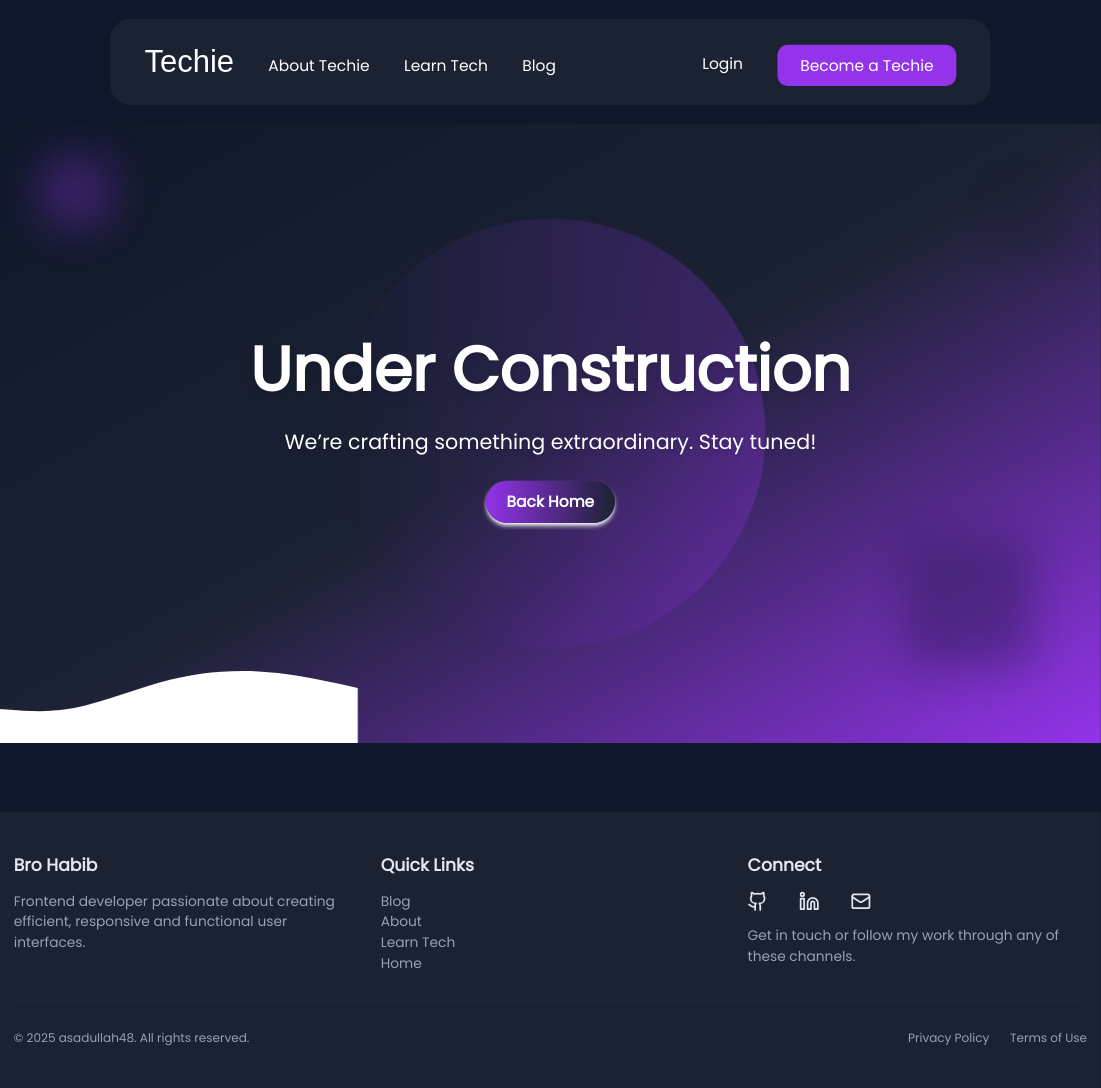
Repository: asadullah48/data-fetch
Page: /learnTech
These files come from the project's save history. The page is drawn as it stood at one moment and after the next save; the edit follows.
The browser window is 1280 px wide. The pictures show the whole page, at 86% of full size.
Some web fonts or font styles are not loaded; a fallback is used. The project was rebuilt for these pictures with package versions that can differ from the ones it lists, and the page was loaded fresh each time. The framework's server and built-in components were replaced by stand-ins that run in the browser. Also part of the build but not shown: next.config.mjs.

Above is the page before, as saved 2025-01-15 13:07:43.

### src/app/layout.tsx
import type { Metadata } from "next";
import localFont from "next/font/local";
import "./globals.css";
import Navbar from "@/components/Navbar";
import { Poppins } from "next/font/google"
import Footer from "@/components/Footer";


const poppins = Poppins({
  subsets: ['latin'],
  weight: '400'
})

const geistSans = localFont({
  src: "./fonts/GeistVF.woff",
  variable: "--font-geist-sans",
  weight: "100 900",
});
const geistMono = localFont({
  src: "./fonts/GeistMonoVF.woff",
  variable: "--font-geist-mono",
  weight: "100 900",
});

export const metadata: Metadata = {
  title: "Data Fetching",
  description: "Data Fetching in a CSR and SSR",
};

export default function RootLayout({
  children,
}: Readonly<{
  children: React.ReactNode;
}>) {
  return (
    <html lang="en">
      <body
        className={`${geistSans.variable} ${geistMono.variable} ${poppins.className} bg-[#0f172a] text-white antialiased overflow-x-hidden`}
      >
        <Navbar />
        {children}
        <Footer/>
      </body>
    </html>
  );
}

### src/app/learnTech/page.tsx
import Link from 'next/link'
import React from 'react'

export default function learnTechPage() {
  return (
    <div className="h-screen flex items-center justify-center bg-gradient-to-br from-[#0f172a] via-[#1b2232] to-[#9333EA] relative overflow-hidden">
            {/* Background Elements */}
            <div className="absolute inset-0 flex justify-center items-center">
                <div className="w-[500px] h-[500px] bg-gradient-to-r from-[#1b2232] to-[#9333EA] rounded-full opacity-20 animate-pulse"></div>
            </div>

            {/* Floating Animated Shapes */}
            <div className="absolute inset-0">
                <div className="absolute top-10 left-10 w-24 h-24 bg-[#9333EA] rounded-full blur-xl opacity-30 animate-float" />
                <div className="absolute bottom-20 right-20 w-36 h-36 bg-[#0f172a] rounded-lg blur-xl opacity-30 animate-float delay-2000" />
                <div className="absolute top-20 right-10 w-20 h-20 bg-[#1b2232] rounded-lg blur-lg opacity-40 animate-float delay-4000" />
            </div>

            {/* Main Content */}
            <div className="text-center relative z-10">
                <h1 className="text-5xl md:text-7xl font-extrabold text-white drop-shadow-lg animate-bounce">
                    Under Construction
                </h1>
                <p className="text-lg md:text-2xl text-white mt-4 drop-shadow-md">
                    We’re crafting something extraordinary. Stay tuned!
                </p>

                {/* CTA Button */}
                <div className="mt-10">
                    <Link
                        href="/"
                        className="px-6 py-3 text-lg font-bold text-white bg-gradient-to-r from-[#9333EA] to-[#1b2232] rounded-full shadow-white shadow-md transform transition hover:scale-105 hover:shadow-2xl focus:outline-none"
                    >
                        Back Home
                    </Link>
                </div>
            </div>

            {/* Animated SVG Waves */}
            <div className="absolute bottom-0 left-0 right-0 overflow-hidden leading-none">
                <svg
                    className="w-full h-32 text-white animate-wave"
                    xmlns="http://www.w3.org/2000/svg"
                    viewBox="0 0 1440 320"
                >
                    <path
                        fill="currentColor"
                        fillOpacity="1"
                        d="M0,288L48,272C96,256,192,224,288,218.7C384,213,480,235,576,224C672,213,768,171,864,144C960,117,1056,107,1152,112C1248,117,1344,139,1392,149.3L1440,160L1440,320L1392,320C1344,320,1248,320,1152,320C1056,320,960,320,864,320C768,320,672,320,576,320C480,320,384,320,288,320C192,320,96,320,48,320L0,320Z"
                    ></path>
                </svg>
            </div>
        </div>
  )
}

### src/app/globals.css
@tailwind base;
@tailwind components;
@tailwind utilities;

body {
  font-family: Arial, Helvetica, sans-serif;
}

@layer utilities {
  .text-balance {
    text-wrap: balance;
  }
}

@layer base {
  :root {
    --background: 0 0% 100%;
    --foreground: 20 14.3% 4.1%;
    --card: 0 0% 100%;
    --card-foreground: 20 14.3% 4.1%;
    --popover: 0 0% 100%;
    --popover-foreground: 20 14.3% 4.1%;
    --primary: 24 9.8% 10%;
    --primary-foreground: 60 9.1% 97.8%;
    --secondary: 60 4.8% 95.9%;
    --secondary-foreground: 24 9.8% 10%;
    --muted: 60 4.8% 95.9%;
    --muted-foreground: 25 5.3% 44.7%;
    --accent: 60 4.8% 95.9%;
    --accent-foreground: 24 9.8% 10%;
    --destructive: 0 84.2% 60.2%;
    --destructive-foreground: 60 9.1% 97.8%;
    --border: 20 5.9% 90%;
    --input: 20 5.9% 90%;
    --ring: 20 14.3% 4.1%;
    --chart-1: 12 76% 61%;
    --chart-2: 173 58% 39%;
    --chart-3: 197 37% 24%;
    --chart-4: 43 74% 66%;
    --chart-5: 27 87% 67%;
    --radius: 0.5rem;
  }
  .dark {
    --background: 20 14.3% 4.1%;
    --foreground: 60 9.1% 97.8%;
    --card: 20 14.3% 4.1%;
    --card-foreground: 60 9.1% 97.8%;
    --popover: 20 14.3% 4.1%;
    --popover-foreground: 60 9.1% 97.8%;
    --primary: 60 9.1% 97.8%;
    --primary-foreground: 24 9.8% 10%;
    --secondary: 12 6.5% 15.1%;
    --secondary-foreground: 60 9.1% 97.8%;
    --muted: 12 6.5% 15.1%;
    --muted-foreground: 24 5.4% 63.9%;
    --accent: 12 6.5% 15.1%;
    --accent-foreground: 60 9.1% 97.8%;
    --destructive: 0 62.8% 30.6%;
    --destructive-foreground: 60 9.1% 97.8%;
    --border: 12 6.5% 15.1%;
    --input: 12 6.5% 15.1%;
    --ring: 24 5.7% 82.9%;
    --chart-1: 220 70% 50%;
    --chart-2: 160 60% 45%;
    --chart-3: 30 80% 55%;
    --chart-4: 280 65% 60%;
    --chart-5: 340 75% 55%;
  }
}

@layer base {
  * {
    @apply border-border;
  }
  body {
    @apply bg-background text-foreground;
  }
}

### src/components/Navbar.tsx
"use client"
import { useState } from 'react';
import { Agbalumo } from "next/font/google"
import Link from "next/link"

const agbalumo = Agbalumo({
    subsets: ['latin'],
    weight: '400'
})


export default function Navbar() {
    const [isMenuOpen, setIsMenuOpen] = useState(false);

    const toggleMenu = () => setIsMenuOpen(!isMenuOpen);

    return (
        <div className="h-[144px] w-screen flex justify-center items-center">
            <div className="h-[100px] w-full relative md:w-[80%] md:rounded-3xl bg-[#1b2232] text-white flex justify-between items-center px-10">
                {/* Logo and Links */}
                <div className="flex justify-center items-center gap-10">
                <Link href={"/"}>
                    <h1 className={`${agbalumo.className} text-4xl`}>Techie</h1>
                </Link>

                    <div className="hidden lg:flex gap-10">
                        <Link href={"/about"} className="text-lg mt-2">About Techie</Link>
                        <Link href={"/learnTech"} className="text-lg mt-2">Learn Tech</Link>
                        <Link href={"/blog"} className="text-lg mt-2">Blog</Link>
                    </div>
                </div>

                {/* Navbar Buttons */}
                <div className="hidden md:flex gap-10">
                    <Link href={"/login"} className="text-lg mt-4">Login</Link>
                    <Link href={"/signup"} className="text-lg mt-2 h-12 bg-PrimaryPurple flex justify-center items-center w-52 rounded-xl">Become a Techie</Link>
                </div>

                {/* Hamburger Menu for Mobile */}
                <div className="lg:hidden flex items-center gap-4">
                    {/* <h1 className="font-bold text-4xl">Techie</h1> */}
                    <button onClick={toggleMenu} className="text-white text-2xl">
                        {/* Hamburger Icon */}
                        {isMenuOpen ? 'X' : '☰'}
                    </button>
                </div>
            </div>

            {/* Dropdown Menu for Mobile */}
            {isMenuOpen && (
                <div className='z-50 h-screen fixed top-1/4 w-full flex justify-center items-center bg-[#1b2232]/70 backdrop-blur-md '>
                <div className=" lg:hidden  text-white  text-center py-4 flex flex-col justify-center items-start gap-5">
                    <Link href={"/about"} onClick={()=> setIsMenuOpen(false)} className="block text-lg mt-2">About Techie</Link>
                    <Link href={"/learnTech"} onClick={()=> setIsMenuOpen(false)} className="block text-lg mt-2">Learn Tech</Link>
                    <Link href={"/blog"} onClick={()=> setIsMenuOpen(false)} className="block text-lg mt-2">Blog</Link>
                    <Link href={"/login"} onClick={()=> setIsMenuOpen(false)} className="block text-lg mt-2">Login</Link>
                    <Link href={"/signup"} onClick={()=> setIsMenuOpen(false)} className=" text-lg mt-2 h-12 bg-PrimaryPurple flex justify-start pl-2 items-center w-52 rounded-xl">Become a Techie</Link>
                </div>
                </div>
            )}
        </div>
    )
}

### src/components/Footer.tsx
import React from 'react'
import { Github,  Linkedin, Mail } from 'lucide-react';
import Link from 'next/link';
export default function Footer() {
  const currentYear = new Date().getFullYear();

  return (
    <div className="bg-[#1b2232] mt-20 text-slate-200 py-12 ">
      <div className="container mx-auto px-4">
        {/* Main Footer Content */}
        <div className="grid grid-cols-1 md:grid-cols-3 gap-8 mb-8">
          {/* About Section */}
          <div>
            <h3 className="text-xl font-semibold mb-4">Bro Habib</h3>
            <p className="text-slate-400 mb-4">
              Frontend developer passionate about creating efficient, responsive and functional user interfaces.
            </p>
          </div>

          {/* Quick Links */}
          <div>
            <h3 className="text-xl font-semibold mb-4">Quick Links</h3>
            <ul className="space-y-2 text-slate-400">
              <Link href="/blog" className="hover:text-slate-200 transition-colors"><li>Blog</li>
              </Link>
              <Link href="/about" className="hover:text-slate-200 transition-colors"><li>About</li>
              </Link>
              <Link href="/learnTech" className="hover:text-slate-200 transition-colors"><li>Learn Tech</li>
              </Link>
              <Link href="/" className="hover:text-slate-200 transition-colors"><li>Home</li>
              </Link>
            </ul>
          </div>

          {/* Connect Section */}
          <div>
            <h3 className="text-xl font-semibold mb-4">Connect</h3>
            <div className="flex space-x-4 mb-4 gap-5">
              <Link href="https://github.com/asadullah48/data-fetch" className="hover:text-slate-200 transition-colors">
                <Github size={24} />
              </Link>

              <Link href="https://www.linkedin.com/in/asadullah-shafique-a00679325/" className="hover:text-slate-200 transition-colors">
                <Linkedin size={24} />
              </Link>

              <Link href="mailto:asadullahshafique@hotmail.com" className="hover:text-slate-200 transition-colors">
                <Mail size={24} />
              </Link>

            </div>
            <p className="text-slate-400">
              Get in touch or follow my work through any of these channels.
            </p>
          </div>
        </div>

        {/* Bottom Bar */}
        <div className="pt-8 border-t border-slate-800">
          <div className="flex flex-col md:flex-row justify-between items-center space-y-4 md:space-y-0">
            <p className="text-slate-400 text-sm">
              © {currentYear} asadullah48. All rights reserved.
            </p>
            <div className="flex space-x-6 text-sm text-slate-400">
              <a href="/privacy" className="hover:text-slate-200 transition-colors">Privacy Policy</a>
              <a href="/terms" className="hover:text-slate-200 transition-colors">Terms of Use</a>
            </div>
          </div>
        </div>
      </div>
    </div>
  )
}

### tailwind.config.ts
import type { Config } from "tailwindcss";

const config: Config = {
	darkMode: ["class"],
	content: [
		"./src/pages/**/*.{js,ts,jsx,tsx,mdx}",
		"./src/components/**/*.{js,ts,jsx,tsx,mdx}",
		"./src/app/**/*.{js,ts,jsx,tsx,mdx}",
	],
	theme: {
		extend: {

			animation: {
				'spin-slow': 'spin 3s linear infinite',
				orbit: 'orbit 1.5s linear infinite',
				// dash: 'dash 2s ease-in-out infinite',
				float: 'float 6s ease-in-out infinite',
				wave: 'wave 8s linear infinite',
				bounce: 'bounce 2s infinite',
			},
			keyframes: {
				orbit: {
					'0%': { transform: 'rotate(0deg) translateX(30px) rotate(0deg)' },
					'100%': { transform: 'rotate(360deg) translateX(30px) rotate(-360deg)' },
				},
				dash: {
					'0%': { strokeDashoffset: '880px' },
					'100%': { strokeDashoffset: '0px' },
				},
				float: {
					'0%, 100%': { transform: 'translateY(-10px)' },
					'50%': { transform: 'translateY(10px)' },
				  },
				  wave: {
					'0%': { transform: 'translateX(100%)' },
					'100%': { transform: 'translateX(-100%)' },
				  },
			},
			colors: {
				background: 'hsl(var(--background))',
				PrimaryPurple: '#9333EA',
				foreground: 'hsl(var(--foreground))',
				card: {
					DEFAULT: 'hsl(var(--card))',
					foreground: 'hsl(var(--card-foreground))'
				},
				popover: {
					DEFAULT: 'hsl(var(--popover))',
					foreground: 'hsl(var(--popover-foreground))'
				},
				primary: {
					DEFAULT: 'hsl(var(--primary))',
					foreground: 'hsl(var(--primary-foreground))'
				},
				secondary: {
					DEFAULT: 'hsl(var(--secondary))',
					foreground: 'hsl(var(--secondary-foreground))'
				},
				muted: {
					DEFAULT: 'hsl(var(--muted))',
					foreground: 'hsl(var(--muted-foreground))'
				},
				accent: {
					DEFAULT: 'hsl(var(--accent))',
					foreground: 'hsl(var(--accent-foreground))'
				},
				destructive: {
					DEFAULT: 'hsl(var(--destructive))',
					foreground: 'hsl(var(--destructive-foreground))'
				},
				border: 'hsl(var(--border))',
				input: 'hsl(var(--input))',
				ring: 'hsl(var(--ring))',
				chart: {
					'1': 'hsl(var(--chart-1))',
					'2': 'hsl(var(--chart-2))',
					'3': 'hsl(var(--chart-3))',
					'4': 'hsl(var(--chart-4))',
					'5': 'hsl(var(--chart-5))'
				}
			},
			borderRadius: {
				lg: 'var(--radius)',
				md: 'calc(var(--radius) - 2px)',
				sm: 'calc(var(--radius) - 4px)'
			}
		}
	},
	plugins: [require("tailwindcss-animate")],
};
export default config;

After the next save:
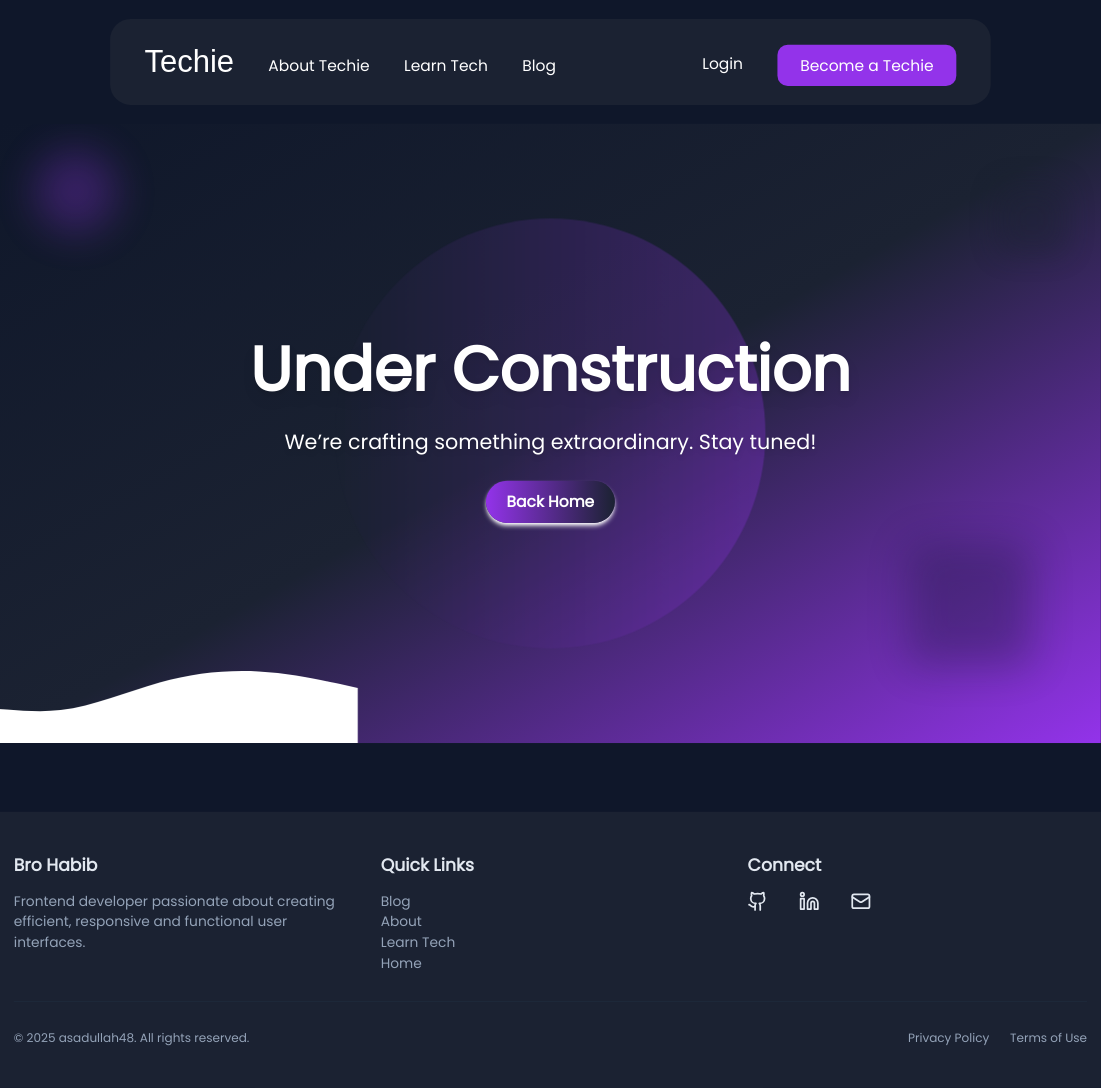
Saved 21 s later.
--- a/src/components/Footer.tsx
+++ b/src/components/Footer.tsx
@@ -50,7 +50,7 @@ export default function Footer() {
 
             </div>
             <p className="text-slate-400">
-              Get in touch or follow my work through any of these channels.
+
             </p>
           </div>
         </div>
